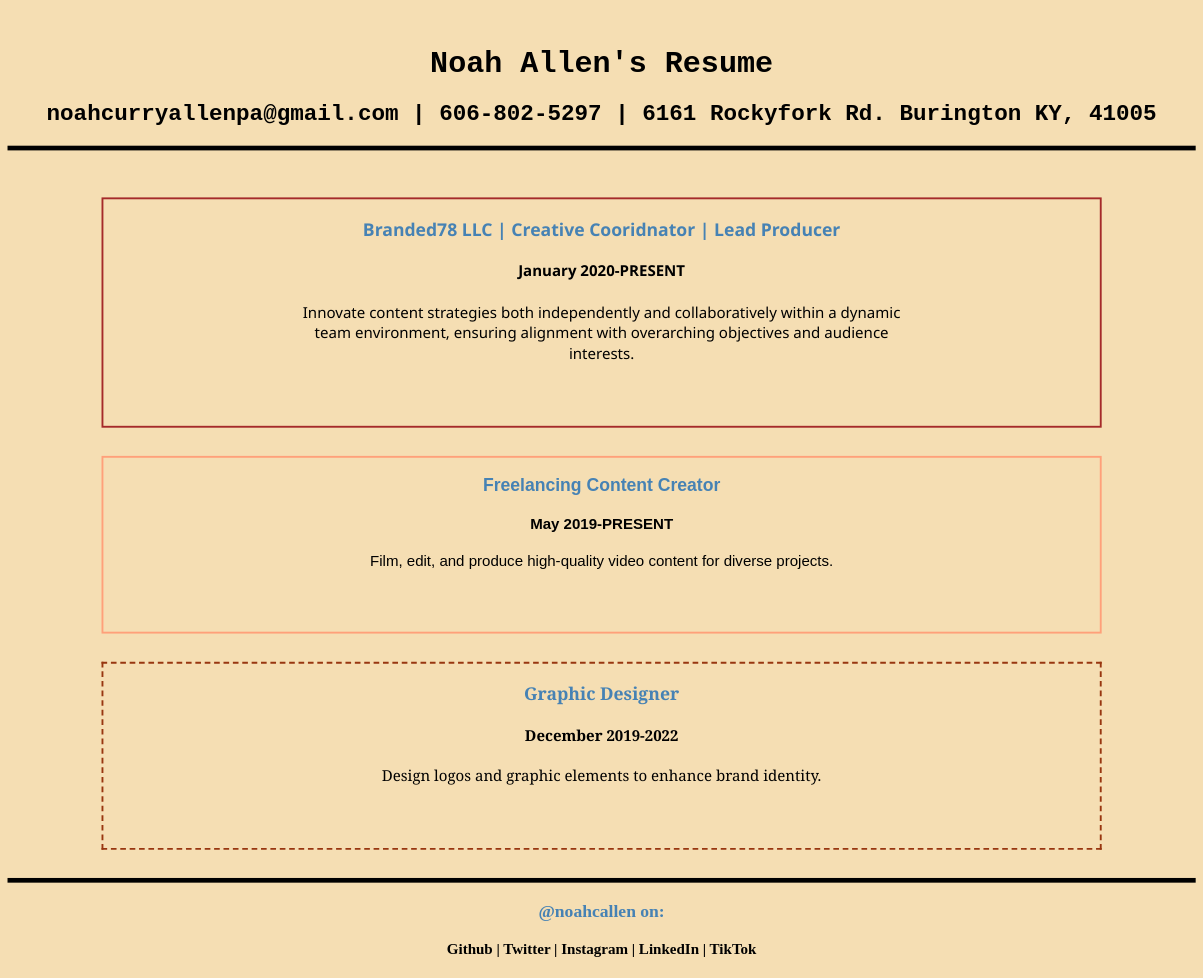
Repository: noahcallen/LAB-HTML-Resume
Page: index.html
An editor plug-in stored every save of this project. The page is shown before and after the next save, followed by the edit.
The browser window is 1280 px wide. The pictures show the whole page, at 94% of full size.

Above is the page before, as saved 2024-07-08 22:07:09.

After the next save:
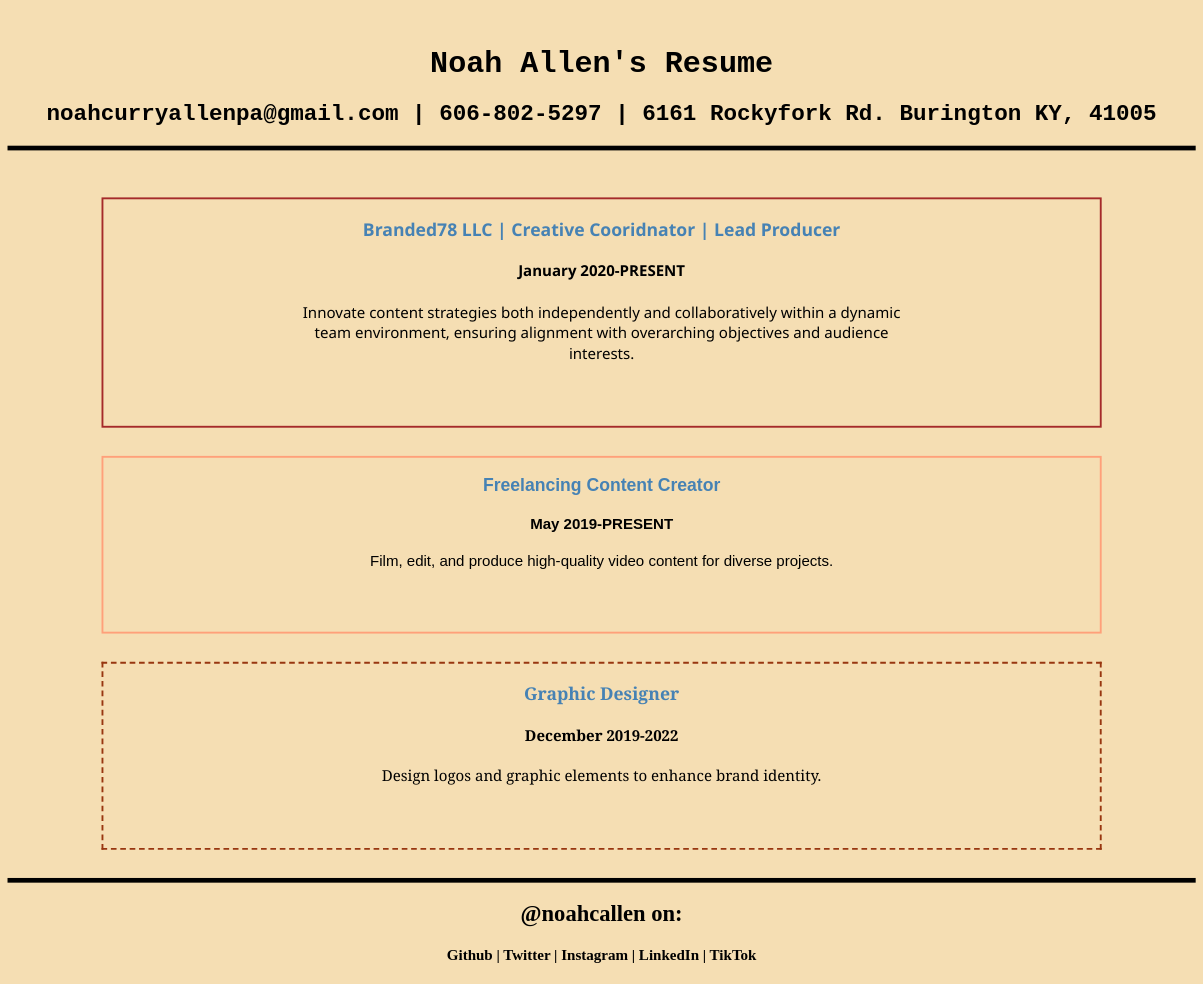
Saved 29 s later.
--- a/index.html
+++ b/index.html
@@ -41,7 +41,7 @@
 
   <div class="FOOTER">
     <!-- FOOTER-->
-     <h3>@noahcallen on:</h3>
+     <h2>@noahcallen on:</h2>
      <h4>Github | Twitter | Instagram | LinkedIn | TikTok</h4>
     <!-- FOOTER-->
   </div>
